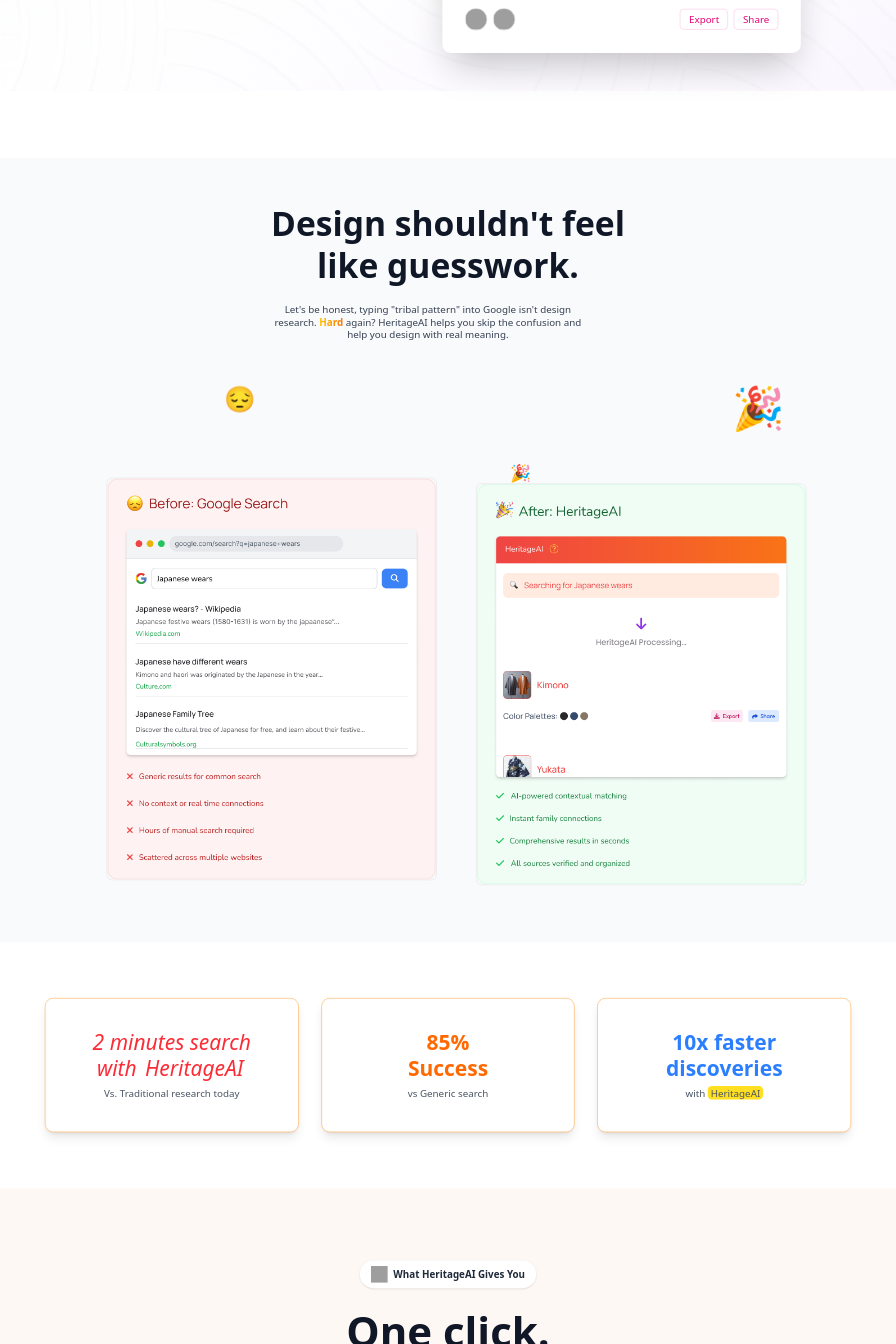
Repository: Em-driod/Heritage
Page: /
These files come from the project's save history. The page is drawn as it stood at one moment and after the next save; the edit follows.
The browser window is 1280 px wide. The pictures show the part of the page from y = 762 to 2682 px (the page is 5766 px tall), at 70% of full size.
Pictures or frames that could not be fetched are drawn as grey boxes. The project was rebuilt for these pictures with package versions that can differ from the ones it lists, and the page was loaded fresh each time. Also part of the build but not shown: vite.config.ts.

Above is the page before, as saved 2025-07-09 12:00:43.

After the next save:
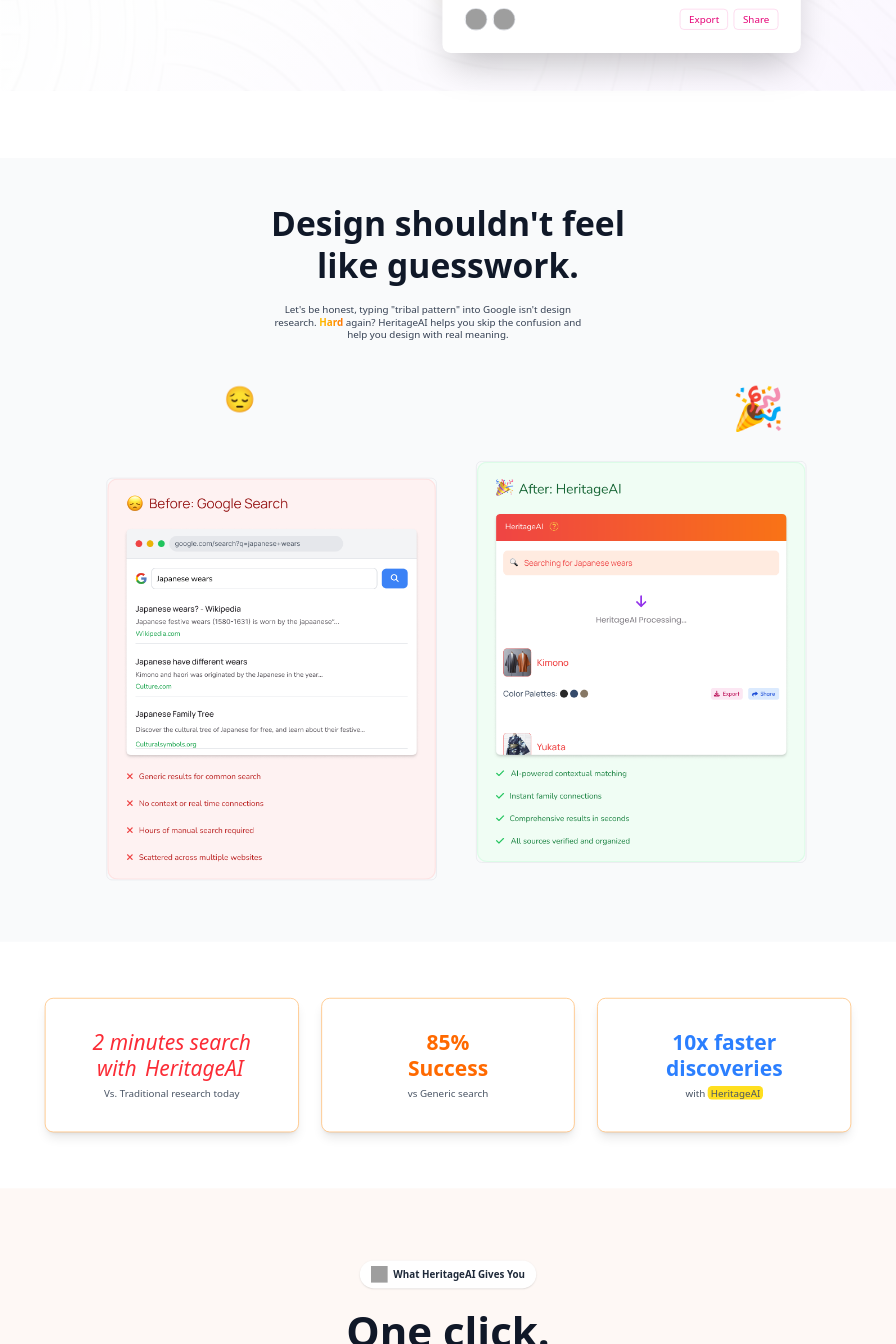
Saved 26 s later.
--- a/src/components/landsecont.tsx
+++ b/src/components/landsecont.tsx
@@ -42,7 +42,7 @@
         {/* Right Column: After HeritageAI */}
             <div className="  flex-1    flex flex-col">
                 <span role="img" aria-label="party popper" className="text-2xl translate-x-12">
-          🎉
+
         </span>
 
           <img
